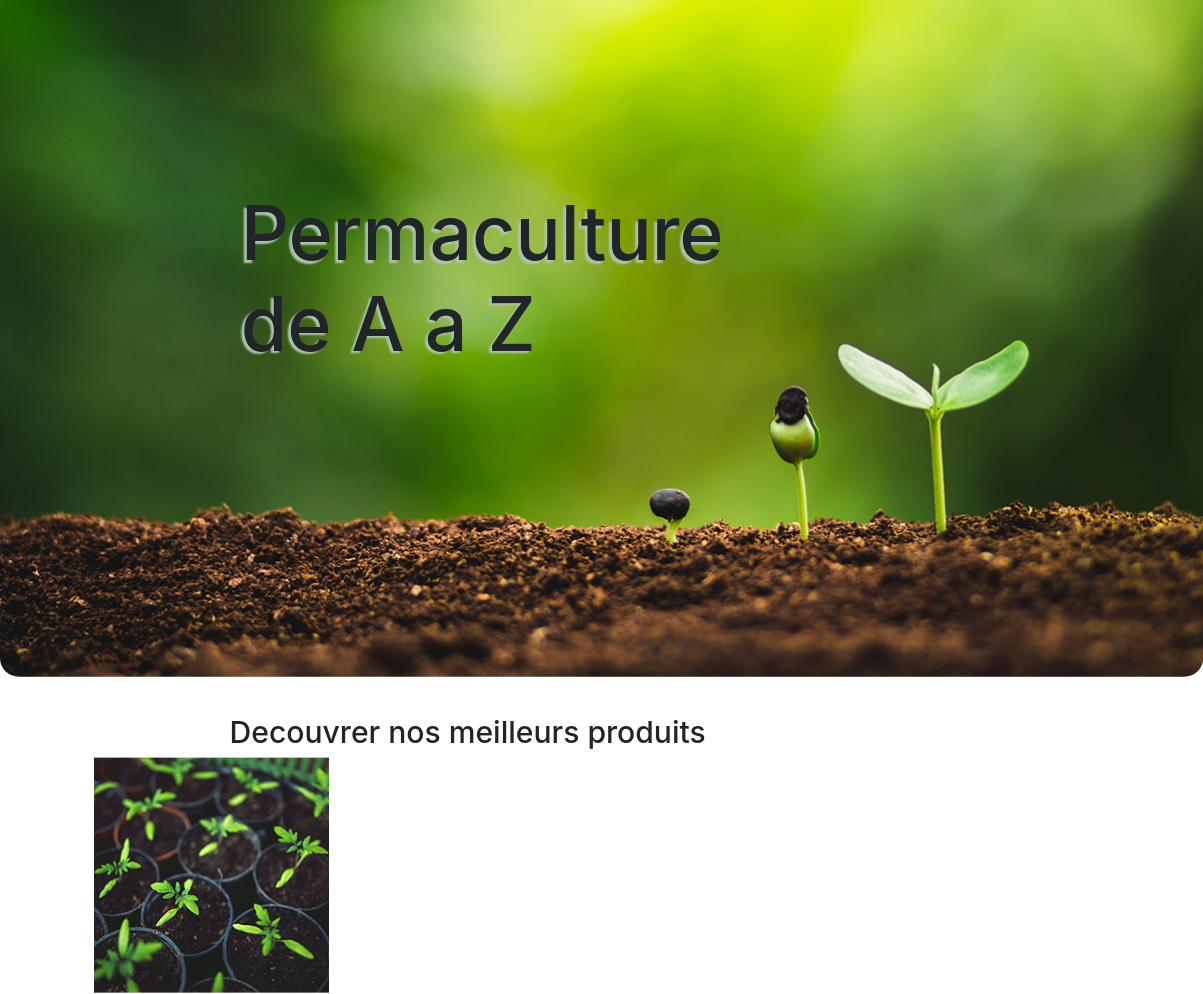
Repository: ahthionkevin/permaculture
Page: index.html
The author's editor kept a copy of each file at every save. The page is drawn from the files as they stood at one save, then again after the next save.
The browser window is 1280 px wide. The pictures show the whole page, at 94% of full size.

Above is the page before, as saved 2021-07-06 21:37:50.

### index.html
<!DOCTYPE html>
<html lang="fr">
<head>
    <meta charset="UTF-8">
    <meta http-equiv="X-UA-Compatible" content="IE=edge">
    <meta name="viewport" content="width=device-width, initial-scale=1.0">
    <title>Document</title>
    <link rel="stylesheet" href="./bootstrap.css">
    <link rel="stylesheet" href="./style.css">
</head>
<body>
    <header>
        <h1>Permaculture <br>de A a Z</h1>
    </header>
    <div class="container">
        <div class="row">
            <div class="col-lg-9" id="leftPart">
                <h2>Decouvrer nos meilleurs produits</h2>
                <div class="container">
                    <div class="row element">
                        <div class="col-sm-4">
                            <img src="./media/planter.jpg" alt="planter">
                        </div>
                    </div>
                </div>
            </div>
            <div class="col-lg-9" id="rightPart">

            </div>
        </div>
    </div>

</body>
</html>

### style.css
html{
    scroll-behavior: smooth;
}

h2, h3, h4, .nav-item, #transition, footer{
    text-align: center;
}

header{
    background: url(./media/main.jpg) no-repeat 50% 50%;
    background-size: cover;
    height: 100vh;
    border-radius: 0 0 20px 20px;
    margin-bottom: 40px;
}

h1{
    font-size: 5rem;
    padding: 200px 0 0 20%;
    text-shadow: -3px 3px 2px #abc5a9;
    animation: titre ease 3.5s;
}

@keyframes titre {
    0%{
        opacity: 0;
        transform: translate(0px,180px);
    }
    100%{
        opacity: 1;
        transform: translate(0px,0px);
    }
}

Loaded but not shown: bootstrap.css (library)

After the next save:
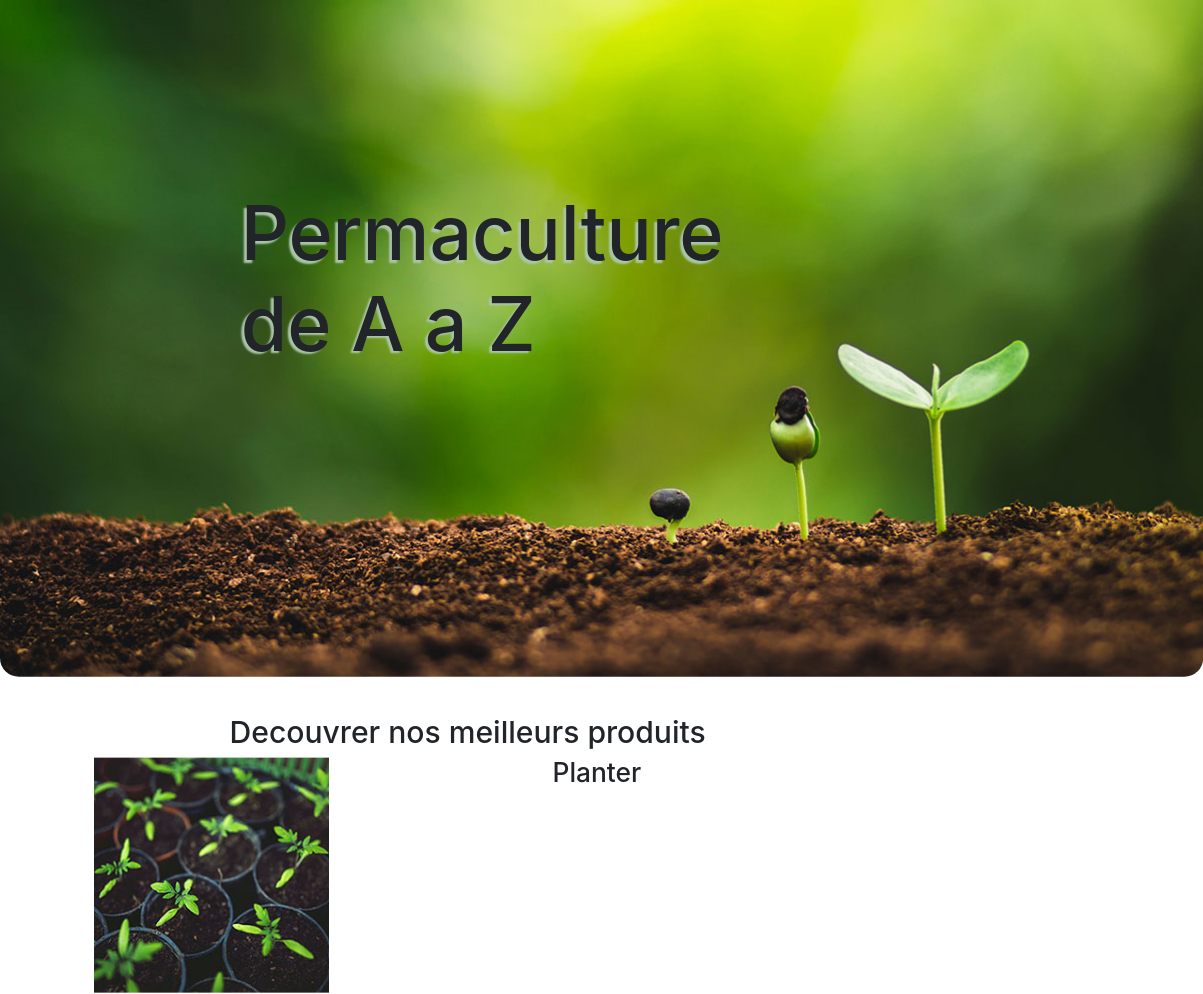
Saved 72 s later.
--- a/index.html
+++ b/index.html
@@ -21,6 +21,9 @@
                         <div class="col-sm-4">
                             <img src="./media/planter.jpg" alt="planter">
                         </div>
+                        <div class="col-sm-8">
+                            <h3>Planter</h3>
+                        </div>
                     </div>
                 </div>
             </div>
